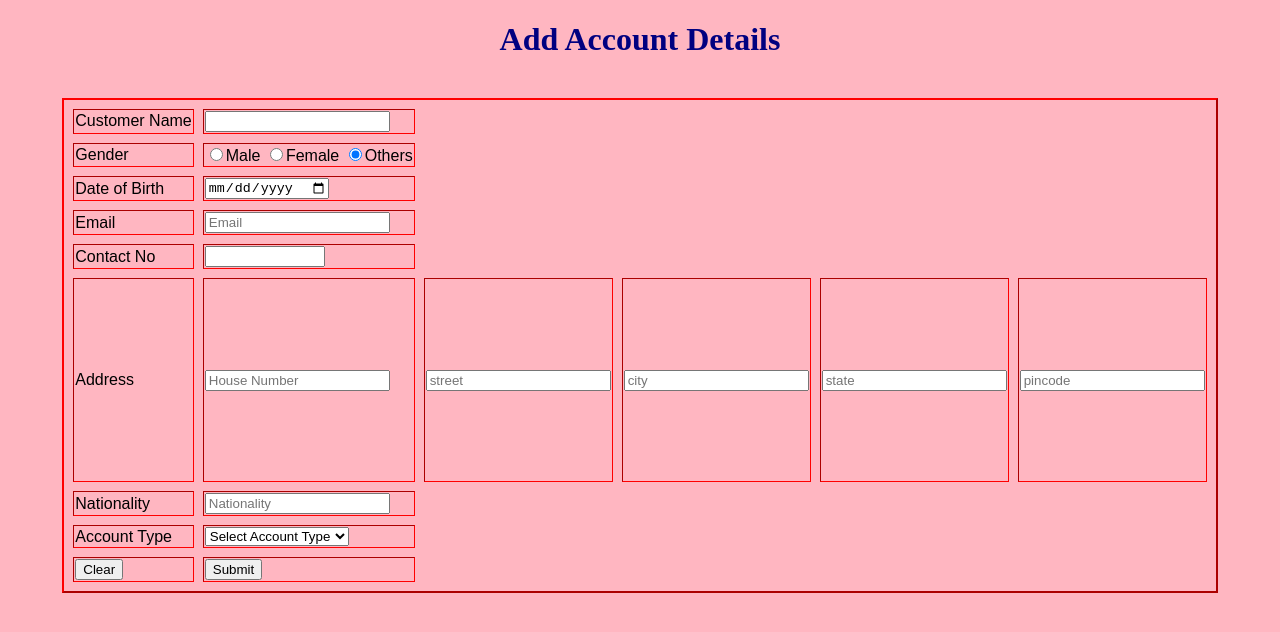
Repository: Rccalfa123/OnlineBankingApp
Page: http://localhost/AlfaAlfaBankApp/addNewAccount.jsp
The author's editor kept a copy of each file at every save. The page is drawn from the files as they stood at one save, then again after the next save.
The browser window is 1280 px wide. The pictures show the whole page.
The page is served by Tomcat 9. Other server files are loaded and not shown.

Above is the page before, as saved 2018-08-10 15:47:18.

### AlfaAlfaBankApp/WebContent/addNewAccount.jsp
<%@ page language="java" contentType="text/html; charset=ISO-8859-1"
	pageEncoding="ISO-8859-1"%>
<%@taglib prefix="alfa" uri="http://java.sun.com/jsp/jstl/core"%>
<!DOCTYPE html>
<html>
<head>

<link rel="stylesheet" type="text/css" href="mystyle.css">

<style type="text/css">
.toBeHidden {
	display: none;
}
</style>

<script type="text/javascript">

  function checkAccountType(accountTypeShow) {
	if(accountTypeShow.value =="savingAccount"){
		document.getElementById("salaried").style.display="block";
		document.getElementById("overDraft").style.display="none";
		document.getElementById("curBalance").style.display="none";
		document.getElementById("savNotSalBalance").style.display="none";
		document.getElementById("savSalBalance").style.display="none";

	}
		else if(accountTypeShow.value =="currentAccount"){
			document.getElementById("overDraft").style.display="block";
			document.getElementById("curBalance").style.display="block";
			document.getElementById("salaried").style.display="none";
			document.getElementById("savNotSalBalance").style.display="none";
			document.getElementById("savSalBalance").style.display="none";
		}
}
  function checkSalariedType(SalaryTypeShow) {
		if(SalaryTypeShow.value =="salaried"){
			document.getElementById("savSalBalance").style.display="block";
			document.getElementById("savNotSalBalance").style.display="none";

		}
  			else if(SalaryTypeShow.value =="notSalaried"){
				document.getElementById("savNotSalBalance").style.display="block";
				document.getElementById("savSalBalance").style.display="none";
			}
	}


  function resetAll()
  {
	    document.getElementById("salaried").style.display="none";
		document.getElementById("overDraft").style.display="none";
		document.getElementById("curBalance").style.display="none";
		document.getElementById("savNotSalBalance").style.display="none";
		document.getElementById("savSalBalance").style.display="none";

  }

  function checkDate(obj){
		 var ageDif = Date.now()-(new Date(obj.value)).getTime();
		 var ageDate = new Date(ageDif);
		 if(Math.abs(ageDate.getUTCFullYear()-1970) < 18 )
			 {
			   alert("Minimum age Should be 18 .");
			   obj.value = 0;
			 }

		 }


</script>

<meta charset="ISO-8859-1">
<title>Insert title here</title>
</head>
<body>
	<form action="addNewAccount.app" method="get">
		<h1 align="center">Add Account Details</h1>
		<br>

		<table align="center" cellspacing="9" border="2">
			<tr>
				<td>Customer Name</td>
				<td><input type="text" name="customerName"></td>
			</tr>

			<tr>
				<td>Gender</td>
				<td><input type="radio" name="gender" value="male"
					checked="checked">Male <input type="radio" name="gender"
					value="female" checked="checked">Female <input type="radio"
					name="gender" value="others" checked="checked">Others</td>
			</tr>
			<tr>
				<td>Date of Birth</td>
				<td><input type="date" name="dob" onchange="checkDate(this);"></td>
			</tr>
			<tr>
				<td>Email</td>
				<td><input type="email" name="email" placeholder="Email"></td>
			</tr>
			<tr>
				<td>Contact No</td>
				<td><input type="number" name="contact_no"  min="6000000000"  max="9999999999"></td>
			</tr>

			<tr>
				<td height="200">Address</td>
				<td><input type="text" name="houseNo" placeholder="House Number"></td>
				<td><input type="text" name="street" placeholder="street"></td>
				<td><input type="text" name="city" placeholder="city"></td>
				<td><input type="text" name="state" placeholder="state"></td>
				<td><input type="number" name="pincode" placeholder="pincode"></td>
			</tr>

			<tr>
				<td>Nationality</td>
				<td><input type="text" name="nationality" placeholder="Nationality"></td>
			</tr>

			<tr>
				<td>Account Type</td>
				<td><select name="accountType" onchange="checkAccountType(this);">
						<option id="" value="">Select Account Type</option>
						<option id="savingAccount" value="savingAccount">Saving Account</option>
						<option id="currentAccount" value="currentAccount">Current Account</option>
				</select></td>
			</tr>

			<tr id="salaried" class="toBeHidden">
				<td>isSalaried</td>
				<td><input type="radio" name="salaried" value="salaried"   checked="checked" onchange="checkSalariedType(this);">Salaried
					<input type="radio" name="salaried" value="notSalaried" checked="checked" onchange="checkSalariedType(this);">Notsalaried
				</td>
			</tr>

			<tr id="savSalBalance" class="toBeHidden">
				<td>savSEnter Balance</td>
				<td><input type="number" name="savSbalance" min="0"></td>
			</tr>

			<tr id="savNotSalBalance" class="toBeHidden">
				<td>savNEnter Balance</td>
				<td><input type="number" name="savNbalance" min="5000"></td>
			<tr id="overDraft" class="toBeHidden">
				<td>Over Draft Limit</td>
				<td><input type="number" name="overDraft"></td>
			</tr>

			<tr id="curBalance" class="toBeHidden">
				<td>curEnter Balance</td>
				<td><input type="number" name="curbalance" min="10000"></td>
			</tr>

			<tr>
				<td><input type="reset" value="Clear" onclick="resetAll();"></td>
				<td><input type="submit" value="Submit"></td>
			</tr>
		</table>
	</form>


</body>
</html>

### AlfaAlfaBankApp/WebContent/mystyle.css
@charset "ISO-8859-1";

body {
    background-color: lightpink;
}

h1 {
    color: navy;
}

td{

 font-family: sans-serif;

}

table {
	border-color: red;
	border-right: 2px 2px 2px 2px ;
}

a{
	text-decoration: none;
	color: green;
}

After the next save:
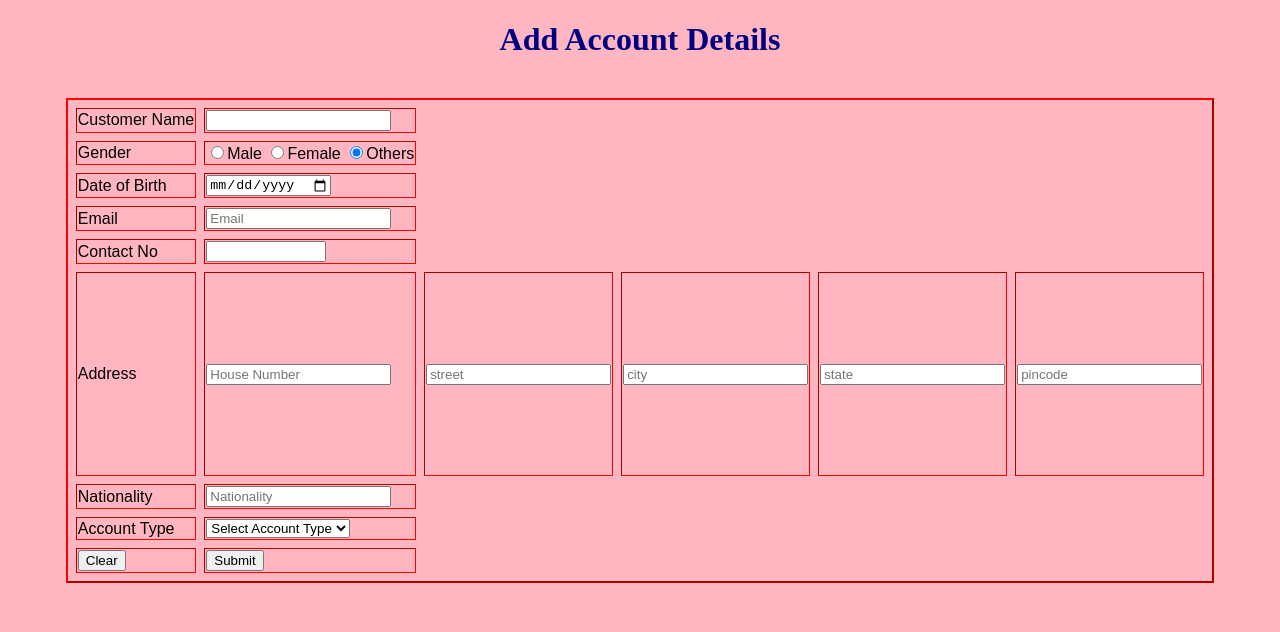
Saved 17 s later.
--- a/AlfaAlfaBankApp/WebContent/addNewAccount.jsp
+++ b/AlfaAlfaBankApp/WebContent/addNewAccount.jsp
@@ -77,7 +77,7 @@
 		<h1 align="center">Add Account Details</h1>
 		<br>
 
-		<table align="center" cellspacing="9" border="2">
+		<table align="center" cellspacing="8" border="2">
 			<tr>
 				<td>Customer Name</td>
 				<td><input type="text" name="customerName"></td>
